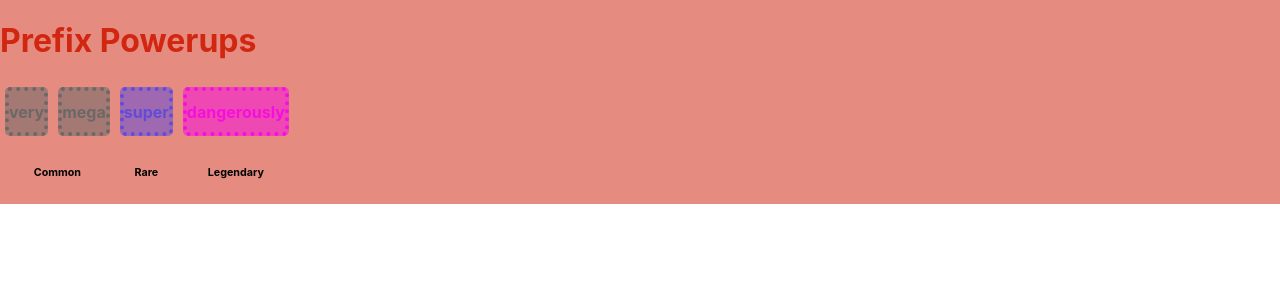
Repository: bsalgado98/buns-inator
Page: /
An editor plug-in stored every save of this project. The page is shown before and after the next save, followed by the edit.
The browser window is 1280 px wide. The pictures show the whole page.
The project was rebuilt for these pictures with package versions that can differ from the ones it lists, and the page was loaded fresh each time.

Above is the page before, as saved 2022-04-25 22:35:15.

After the next save:
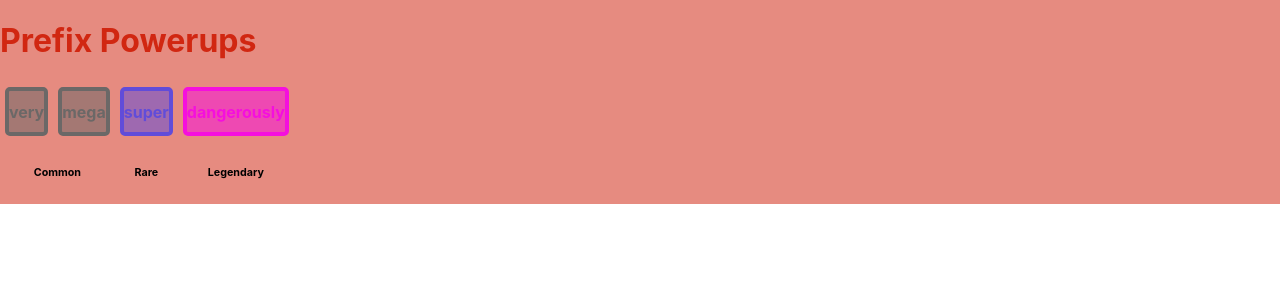
Saved 4 s later.
--- a/src/components/WordCard/WordCard.js
+++ b/src/components/WordCard/WordCard.js
@@ -4,7 +4,7 @@ const WordCard = ({ text = "N/A", color = "#000000" }) => {
             style: {
                 background: `${color}88`,
                 display: 'flex',
-                border: `4px dotted ${color}`,
+                border: `4px solid ${color}`,
                 margin: '5px',
                 borderRadius: '5px'
             }
